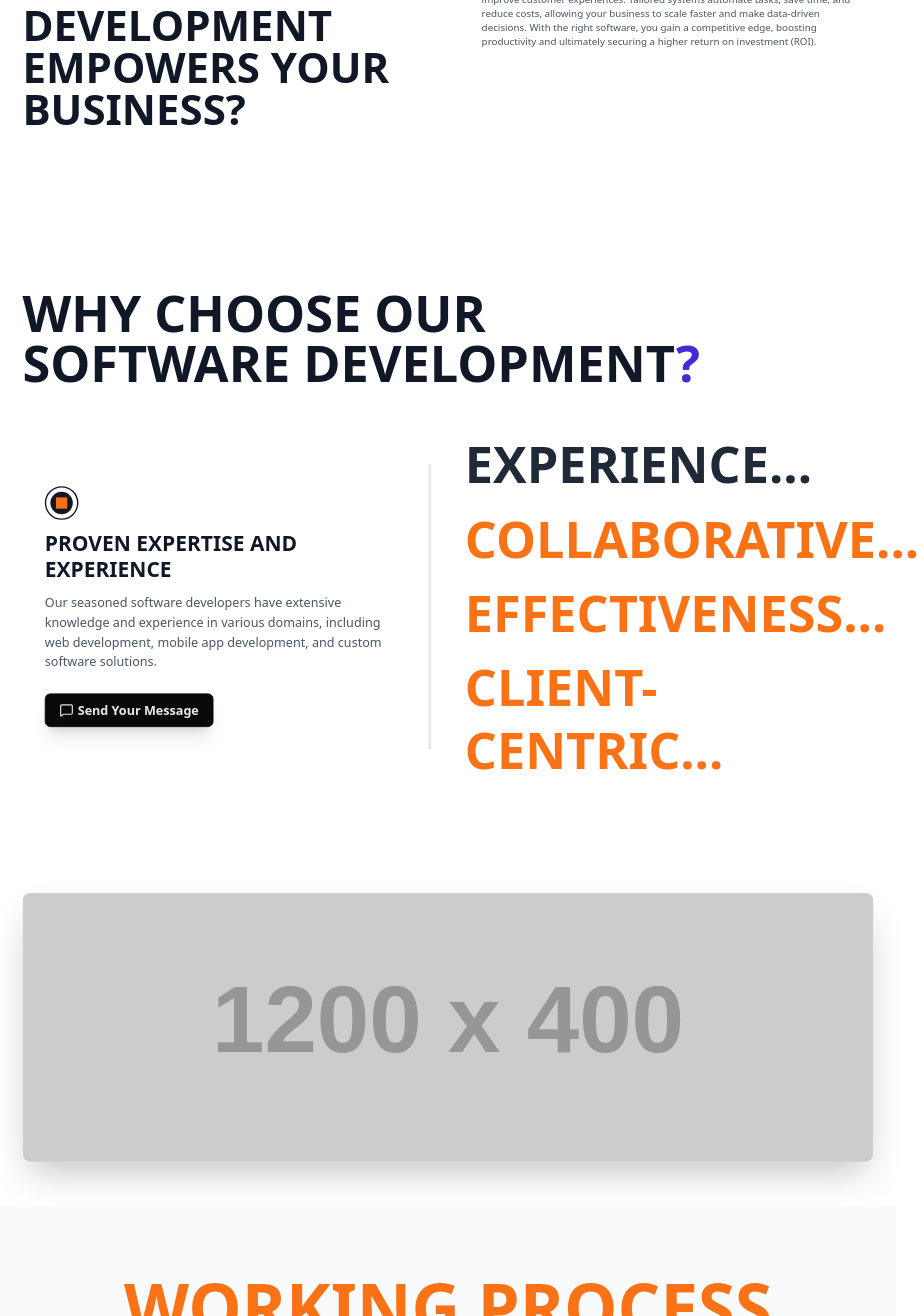
Repository: mdmuhibullahhabib/weboria
Page: /services
These files come from the project's save history. The page is drawn as it stood at one moment and after the next save; the edit follows.
The browser window is 1280 px wide. The page is 1313 px wide, so the pictures cover 1313 px, including what lies to the right of the window. The pictures show the part of the page from y = 2121 to 4001 px (the page is 7575 px tall before and 8834 px after), at 70% of full size.
The project was rebuilt for these pictures with package versions that can differ from the ones it lists, and the page was loaded fresh each time. The framework's server and built-in components were replaced by stand-ins that run in the browser. Also part of the build but not shown: next.config.mjs.

Above is the page before, as saved 2025-10-05 15:46:04.

### src/app/layout.js
import { Geist, Geist_Mono } from "next/font/google";
import "./globals.css";
import Navbar from "@/components/Navbar";
import Footer from "@/components/Footer";
import { Toaster } from "react-hot-toast";

const geistSans = Geist({
  variable: "--font-geist-sans",
  subsets: ["latin"],
});

const geistMono = Geist_Mono({
  variable: "--font-geist-mono",
  subsets: ["latin"],
});

export const metadata = {
  title: "Weboria",
  description: "Digital Marketing Agency",
  icons: "/favicon.ico",
};

export default function RootLayout({ children }) {
  return (
    <html lang="en">
      <body
        className={`${geistSans.variable} ${geistMono.variable} antialiased`}
      >

        <Navbar />
        <Toaster />
        {children}
        <Footer />
      </body>
    </html>
  );
}

### src/app/services/page.jsx
import React from 'react';
import { ChevronRight, Zap, CheckCircle, MessageSquare, Phone, Mail, MapPin, Search, ChevronDown } from 'lucide-react';

// Main App component which will serve as the service page
export default function Service() {

  // --- Mock Data ---
  const services = [
    'Custom Software Development',
    'Web Application Development',
    'Software Integration',
    'Cloud Software Development',
    'Legacy System Modernization',
    'Software Maintenance & Support',
    'Quality Assurance & Testing',
    'Consulting Services',
  ];

  const whyChooseKeywords = [
    { title: 'EXPERIENCE...', customColor: '#1f2937' }, // Dark gray/black
    { title: 'COLLABORATIVE...', customColor: '#f97316' }, // Orange/Amber
    { title: 'EFFECTIVENESS...', customColor: '#f97316' }, // Orange/Amber
    { title: 'CLIENT-CENTRIC...', customColor: '#f97316' }, // Orange/Amber
  ];

  const processSteps = [
    { number: '01', title: 'DISCOVERY & PLANNING', position: 'top-left' },
    { number: '02', title: 'DESIGN & ARCHITECTURE', position: 'mid-left' },
    { number: '03', title: 'DEPLOYMENT & TESTING', position: 'mid-right' },
    { number: '04', title: 'POST-DEPLOYMENT SUPPORT & MAINTENANCE', position: 'bottom-center' },
  ];

  const faqs = [
    {
      question: 'HOW MUCH DOES IT COST TO DEVELOP SOFTWARE?',
      answer: 'The cost of software development can vary depending on several factors, including the size and complexity of the project and the technologies used. We will provide you with a detailed quote after gathering your requirements and understanding your project needs.'
    },
    {
      question: 'HOW LONG DOES IT TAKE TO DEVELOP SOFTWARE?',
      answer: 'Project duration varies widely. A small application might take 4-8 weeks, while complex enterprise solutions can take 6 months or more. We establish clear timelines during the planning phase.'
    },
    {
      question: 'WHY SHOULD I CHOOSE CUSTOM SOFTWARE DEVELOPMENT OVER OFF-THE-SHELF SOLUTIONS?',
      answer: 'Custom software is tailored exactly to your unique business processes, providing a competitive edge, better integration, and greater scalability, unlike generic off-the-shelf products.'
    },
  ];

  // Utility component for the service list bullets
  const ServiceListItem = ({ text }) => (
    <div className="flex items-start mb-3">
      <CheckCircle className="w-5 h-5 mr-3 text-current mt-1 flex-shrink-0" />
      <p className="text-lg font-light">{text}</p>
    </div>
  );

  // --- Section Components ---

    const Hero = () => (
    <section
      className="relative bg-cover bg-center text-white py-32"
      style={{
        backgroundImage:
          "linear-gradient(rgba(0,0,0,0.6),rgba(0,0,0,0.6)),url('https://images.unsplash.com/photo-1519389950473-47ba0277781c?auto=format&fit=crop&w=1200&q=80')",
      }}
    >
      <div className="max-w-6xl mx-auto px-6 text-center">
        <h1 className="text-5xl md:text-7xl font-extrabold mb-6 leading-tight">
          Empowering Brands with <br /> Impactful Digital Services
        </h1>
        <p className="text-xl text-gray-200 max-w-3xl mx-auto">
          From strategy to execution, we deliver modern digital solutions that
          accelerate your business growth and brand impact.
        </p>
      </div>
    </section>
  );

const HeroSection = () => {
  // --- ServiceListItem Component ---
 const ServiceListItem = ({ text }) => (
  <div className="flex items-center mb-3 hover:translate-x-1 transition-transform duration-300">
    {/* + icon */}
    <span
      className="text-2xl font-bold mr-1 flex-shrink-0"
      style={{ color: '#f97316' }}
    >
      +
    </span>
    <p className="text-lg font-medium text-gray-700 mr-6">{text}</p>
  </div>
);


  return (
    <section className="relative pt-24 pb-16 md:pt-32 md:pb-24 bg-white overflow-hidden">
      <div className="max-w-7xl mx-auto px-4 sm:px-6 lg:px-8">
        <div className="grid md:grid-cols-2 gap-12 items-start">

          {/*  Large Title */}
          <div>
            <h1 className="text-6xl sm:text-7xl md:text-8xl lg:text-[10rem] font-extrabold leading-none tracking-tighter text-gray-900 mb-8">
              SOFTWARE
              <br />
              DEVELOPMENT
            </h1>
                    <div className="pt-2">
            <h2 className="text-2xl font-semibold text-gray-900 mb-6">
              Services
            </h2>

            {/* services */}
            <div className="grid lg:grid-cols-2 items-center">
              {services.map((service, index) => (
                <ServiceListItem key={index} text={service} />
              ))}
            </div>
          </div>
          </div>

        </div>
      </div>
    </section>
  );
};

  const StatsSection = () => (
    <div className="bg-white py-12 -mt-16 md:-mt-20 relative z-10">
      <div className="max-w-7xl mx-auto px-4 sm:px-6 lg:px-8">
        <div className="grid md:grid-cols-3 gap-8">
          {/* Card Style from Screenshot 113 */}
          {[
            { label: 'Years Experience', value: '12+' },
            { label: 'Completed Projects', value: '200+' },
            { label: 'Satisfied Clients', value: '130+' },
          ].map((stat, index) => (
            <div key={index} className="card bg-white p-6 shadow-xl border border-gray-100 rounded-xl hover:shadow-2xl transition duration-300">
              <div className="flex justify-between items-start mb-8">
                <h3 className="text-lg font-semibold text-gray-700">{stat.label}</h3>
                <ChevronRight className="w-5 h-5 text-gray-400 rotate-45" />
              </div>
              <p className="text-6xl md:text-7xl font-extrabold text-gray-900">{stat.value}</p>
            </div>
          ))}
        </div>
      </div>
    </div>
  );

  const ServiceListSection = () => (
    <div className="bg-white py-16 md:py-24">
      <div className="max-w-7xl mx-auto px-4 sm:px-6 lg:px-8">
        {/* Top Title Section (from Screenshot 105) */}
        <div className="mb-12">
          <h2 className="text-4xl md:text-5xl font-extrabold text-gray-800 mb-4">
            Best Software Development Service in Dhaka, Bangladesh
          </h2>
          <p className="text-lg text-gray-600 max-w-4xl">
            In today's digital landscape, powerful, scalable software is a must for business success. As a leading Software Development Company in Dhaka, Bangladesh, Visual I specializes in crafting custom software solutions that drive growth. From web applications to enterprise software and AI-driven solutions, our expert developers ensure seamless functionality, robust security, and innovative designs. We deliver high-performance, user-focused software that keeps your business ahead of the competition. Let us turn your vision into reality with cutting-edge technology tailored to your needs.
          </p>
        </div>

        <div className="grid md:grid-cols-2 gap-12 items-start">
          {/* Left Side: How Software Empowers (Matches image_cdef6a.png) */}
          <div>
            <h2 className="text-5xl md:text-6xl font-extrabold text-gray-900 mb-8">
              HOW SOFTWARE
              <br />
              DEVELOPMENT
              <br />
              EMPOWERS YOUR
              <br />
              BUSINESS?
            </h2>
          </div>

          {/* Right Side: Service List & Description (Combines content from Screenshot 103 and 105 text) */}
          <div className="p-6">
            <p className="text-sm text-gray-600 mb-8">
              Custom software solutions streamline operations, enhance efficiency, and improve customer experiences. Tailored systems automate tasks, save time, and reduce costs, allowing your business to scale faster and make data-driven decisions. With the right software, you gain a competitive edge, boosting productivity and ultimately securing a higher return on investment (ROI).
            </p>
            {/* The service list items are back here, as per the user's initial code block request */}
            {/* <div className="grid grid-cols-1 sm:grid-cols-2 gap-y-4 gap-x-8">
              {services.map((service, index) => (
                <ServiceListItem key={index} text={service} />
              ))}
            </div> */}
          </div>
        </div>

      </div>
    </div>
  );

  const WhyChooseUsSection = () => (
    <div className="py-24 bg-white">
      <div className="max-w-7xl mx-auto px-4 sm:px-6 lg:px-8">
        {/* Main Section Title (Screenshot 108) */}
        <h2 className="text-5xl md:text-7xl font-extrabold text-gray-900 mb-16 text-center md:text-left">
          WHY CHOOSE OUR
          <br />
          SOFTWARE DEVELOPMENT
          <span className="text-primary">?</span>
        </h2>

        <div className="grid md:grid-cols-2 gap-12 items-center">
          {/* Left Side: Content Card (Screenshot 109) */}
          <div className="p-8 border-r-4 border-gray-200">
            <div className="mb-8">
              {/* Icon/Shape Mimic from Screenshot 109 */}
              <div className="flex items-center space-x-2 mb-4">
                <div className="w-12 h-12 border-2 border-gray-900 rounded-full flex items-center justify-center">
                  <div className="w-8 h-8 bg-gray-900 rounded-full relative">
                    <div className="absolute top-1/2 left-1/2 -translate-x-1/2 -translate-y-1/2 w-4 h-4" style={{ backgroundColor: '#f97316' }} ></div>
                  </div>
                </div>
              </div>
              <h3 className="text-3xl font-bold text-gray-900 mb-4">
                PROVEN EXPERTISE AND
                <br />
                EXPERIENCE
              </h3>
              <p className="text-lg text-gray-600">
                Our seasoned software developers have extensive knowledge and experience in various domains, including web development, mobile app development, and custom software solutions.
              </p>
            </div>
            <button className="btn btn-neutral btn-lg rounded-lg shadow-xl">
              <MessageSquare className="w-5 h-5" />
              Send Your Message
            </button>
          </div>

          {/* Right Side: Experience List (Screenshot 109) - Highly stylized keywords */}
          <div className="space-y-4">
            {whyChooseKeywords.map((item, index) => (
                <h3
                    key={index}
                    className={`block text-5xl md:text-7xl font-extrabold leading-tight`}
                    style={{ color: item.customColor }}
                >
                    {item.title}
                </h3>
            ))}
          </div>
        </div>
      </div>
    </div>
  );

  const WorkingProcessSection = () => {
    // Component to render the step boxes
    const StepBox = ({ step }) => (
      <div className="flex items-center space-x-4 bg-white shadow-lg p-4 rounded-lg w-fit">
        <div className="text-2xl font-extrabold p-2 rounded" style={{ backgroundColor: '#1f2937', color: 'white' }}>
          {step.number}
        </div>
        <h4 className="text-xl font-semibold text-gray-800 tracking-wider">
          {step.title}
        </h4>
      </div>
    );

    return (
      <div className="bg-gray-50 py-24">
        <div className="max-w-7xl mx-auto px-4 sm:px-6 lg:px-8 text-center">
          {/* Title from Screenshot 110 */}
          <h2 className="text-6xl md:text-8xl font-extrabold mb-16" style={{ color: '#f97316' }}>
            WORKING PROCESS
          </h2>

          {/* Mimicking the Diagram Layout from Screenshot 111 using relative positioning and Tailwind for the lines */}
          <div className="relative h-[600px] md:h-[800px] flex items-center justify-center">

            {/* Background Lines (Dotted lines in the original image) */}
            {/* 1 -> 2 (Vertical line) */}
            <div className="absolute top-0 left-1/4 h-[50%] w-0 border-l-2 border-dashed border-gray-400 transform -translate-x-1/2 md:top-[10%] md:left-[25%] md:h-[30%]" style={{ top: '10%', left: '25%', height: '30%' }}></div>
            {/* 2 -> 3 (Horizontal line) */}
            <div className="absolute h-0 w-[50%] border-t-2 border-dashed border-gray-400 transform -translate-y-1/2" style={{ top: '40%', left: '25%', width: '50%' }}></div>
            {/* 3 -> 4 (Vertical line) */}
            <div className="absolute top-0 right-1/4 h-[50%] w-0 border-r-2 border-dashed border-gray-400 transform translate-x-1/2 md:top-[40%] md:right-[25%] md:h-[30%]" style={{ top: '40%', right: '25%', height: '30%' }}></div>

            {/* Step Boxes positioned absolutely to mimic the flow */}
            <div className="absolute" style={{ top: '5%', left: '25%', transform: 'translateX(-50%)' }}>
              <StepBox step={processSteps[0]} />
            </div>
            <div className="absolute" style={{ top: '35%', left: '5%', transform: 'translateX(0%)' }}>
              <StepBox step={processSteps[1]} />
            </div>
            <div className="absolute" style={{ top: '35%', right: '5%', transform: 'translateX(0%)' }}>
              <StepBox step={processSteps[2]} />
            </div>
            <div className="absolute" style={{ bottom: '5%', left: '50%', transform: 'translateX(-50%)' }}>
              <StepBox step={processSteps[3]} />
            </div>

          </div>
        </div>
      </div>
    );
  };

  const TeamImageSection = () => (
    <div className="bg-white py-16">
      <div className="max-w-7xl mx-auto px-4 sm:px-6 lg:px-8">
        {/* Placeholder for the team image (Screenshots 106 & 107) */}
        <div className="h-96 w-full rounded-xl overflow-hidden shadow-2xl">
          <img
            src="https://placehold.co/1200x400/1e293b/ffffff?text=Our+Software+Development+Team"
            alt="Team working on code"
            className="w-full h-full object-cover"
          />
        </div>
      </div>
    </div>
  );

  const AlliancePartnersSection = () => {
    const partners = [
      { name: 'AWS', icon: 'https://placehold.co/100x60/f2f2f2/000000?text=aws', style: 'text-2xl font-bold' },
      { name: 'Azure', icon: 'https://placehold.co/100x60/f2f2f2/000000?text=Azure', style: 'text-2xl font-bold' },
      { name: 'Pico Public Cloud', icon: 'https://placehold.co/100x60/f2f2f2/000000?text=Pico', style: 'text-xl font-bold' },
      { name: 'Google Partner', icon: 'https://placehold.co/100x60/f2f2f2/000000?text=Google', style: 'text-xl font-bold' },
      { name: 'ISO Certified', icon: 'https://placehold.co/100x60/f2f2f2/000000?text=ISO', style: 'text-xl font-bold' },
      { name: 'Stock Exchange', icon: 'https://placehold.co/100x60/f2f2f2/000000?text=Stock', style: 'text-xl font-bold' },
    ];

    return (
      <div className="bg-white py-24">
        <div className="max-w-7xl mx-auto px-4 sm:px-6 lg:px-8 text-center">
          {/* Title from Screenshot 112 */}
          <h2 className="text-5xl md:text-7xl font-extrabold mb-16">
            <span className="text-blue-700">ALLIANCES &</span>
            <span className="block text-5xl md:text-7xl font-extrabold" style={{ color: '#f97316' }}>PARTNERS</span>
          </h2>

          <div className="grid grid-cols-2 sm:grid-cols-3 lg:grid-cols-6 gap-6">
            {partners.map((partner, index) => (
              <div key={index} className="flex items-center justify-center p-6 bg-white border border-gray-200 rounded-xl shadow-lg hover:shadow-xl transition duration-300 h-32">
                <img src={partner.icon} alt={partner.name} className="max-h-full max-w-full" />
              </div>
            ))}
          </div>
        </div>
      </div>
    );
  };

  const FAQSection = () => (
    <div className="bg-gray-50 py-24">
      <div className="max-w-4xl mx-auto px-4 sm:px-6 lg:px-8">
        {/* Title from Screenshot 114 */}
        <h2 className="text-4xl md:text-6xl font-extrabold text-gray-800 mb-12 text-center">
          F.A.Q
        </h2>

        {faqs.map((item, index) => (
          <div key={index} className="collapse collapse-arrow bg-white shadow-md mb-4 rounded-xl">
            <input type="radio" name="my-accordion-2" defaultChecked={index === 0} />
            <div className="collapse-title text-xl font-semibold text-gray-800 p-4">
              {item.question}
            </div>
            <div className="collapse-content px-4 pb-4">
              <p className="text-gray-600">{item.answer}</p>
            </div>
          </div>
        ))}
      </div>
    </div>
  );

  const ContactSection = () => (
    <div className="bg-white py-24">
      <div className="max-w-7xl mx-auto px-4 sm:px-6 lg:px-8">
        <div className="grid md:grid-cols-2 gap-12">

          {/* Left Side: Contact Info (Screenshot 115) */}
          <div>
            <h2 className="text-5xl md:text-6xl font-extrabold text-gray-900 mb-6">
              DON'T HESITATE TO
              <br />
              REACH OUT TO US
            </h2>
            <p className="text-lg text-gray-600 mb-12 max-w-lg">
              We welcome the opportunity to connect with you! Feel free to contact us using the details provided or by filling out the contact form. As a leading advertising agency in Bangladesh, our dedicated team is here to provide expert assistance and answer any questions you may have.
            </p>

            <div className="space-y-8">
              {/* Call Us At */}
              <div className="flex items-start">
                <Phone className="w-8 h-8 text-gray-900 mr-4 mt-1 flex-shrink-0" />
                <div>
                  <h4 className="text-xl font-bold text-gray-900 mb-1">CALL US AT</h4>
                  <p className="text-lg text-gray-600">+88 0189-600-6896</p>
                </div>
              </div>

              {/* Email Us On */}
              <div className="flex items-start">
                <Mail className="w-8 h-8 text-gray-900 mr-4 mt-1 flex-shrink-0" />
                <div>
                  <h4 className="text-xl font-bold text-gray-900 mb-1">EMAIL US ON</h4>
                  <p className="text-lg text-gray-600">hello@visualiweb.com</p>
                </div>
              </div>

              {/* Find Us */}
              <div className="flex items-start">
                <MapPin className="w-8 h-8 text-gray-900 mr-4 mt-1 flex-shrink-0" />
                <div>
                  <h4 className="text-xl font-bold text-gray-900 mb-1">FIND US</h4>
                  <p className="text-lg text-gray-600">
                    House # 3, Road # 2/2, Banani,
                    <br />
                    Dhaka-1213, Bangladesh
                  </p>
                </div>
              </div>
            </div>
          </div>

          {/* Right Side: Contact Form (Screenshot 115) */}
          <div>
            <h2 className="text-5xl font-extrabold text-gray-900 mb-8">
              SEND US A MESSAGE
            </h2>
            <form className="space-y-4">
              <div className="grid grid-cols-1 sm:grid-cols-2 gap-4">
                <input type="text" placeholder="YOUR NAME" className="input input-lg input-bordered w-full rounded-lg text-gray-800 placeholder-gray-500" />
                <input type="email" placeholder="YOUR EMAIL" className="input input-lg input-bordered w-full rounded-lg text-gray-800 placeholder-gray-500" />
              </div>
              <input type="text" placeholder="YOUR SUBJECT" className="input input-lg input-bordered w-full rounded-lg text-gray-800 placeholder-gray-500" />
              <textarea placeholder="WRITE MESSAGE..." className="textarea textarea-lg textarea-bordered w-full h-40 rounded-lg text-gray-800 placeholder-gray-500 resize-none"></textarea>
              <button type="submit" className="btn btn-neutral btn-lg rounded-lg shadow-xl mt-4">
                <ChevronRight className="w-5 h-5" />
                Send a message
              </button>
            </form>
          </div>

        </div>
      </div>
    </div>
  );


  // --- Main Render ---
  return (
    <div className="min-h-screen bg-white font-sans">
      <main>
        {/* The first set of images defined the style and the core sections */}
        <Hero />
        <HeroSection />
        <StatsSection /> {/* NEW: Stats section (Screenshot 113) */}
        <ServiceListSection />
        <WhyChooseUsSection />
        <TeamImageSection />

        {/* The new sections from the latest screenshots */}
        <WorkingProcessSection /> {/* NEW: Working Process (Screenshots 110 & 111) */}
        <AlliancePartnersSection /> {/* NEW: Alliances & Partners (Screenshot 112) */}
        <FAQSection /> {/* NEW: F.A.Q. Section (Screenshot 114) */}
        <ContactSection /> {/* NEW: Contact Form (Screenshot 115) */}

        {/* Footer placeholder */}
        <footer className="footer footer-center p-8 bg-base-300 text-base-content">
          <aside>
            <p>Copyright © 2024 - All rights reserved by Visual I</p>
          </aside>
        </footer>
      </main>
    </div>
  );
}

Loaded but not shown: src/app/globals.css (common file); src/components/Navbar.jsx (193 lines, source omitted); src/components/Footer.jsx (159 lines, source omitted); src/components/Button.jsx (46 lines, source omitted)

After the next save:
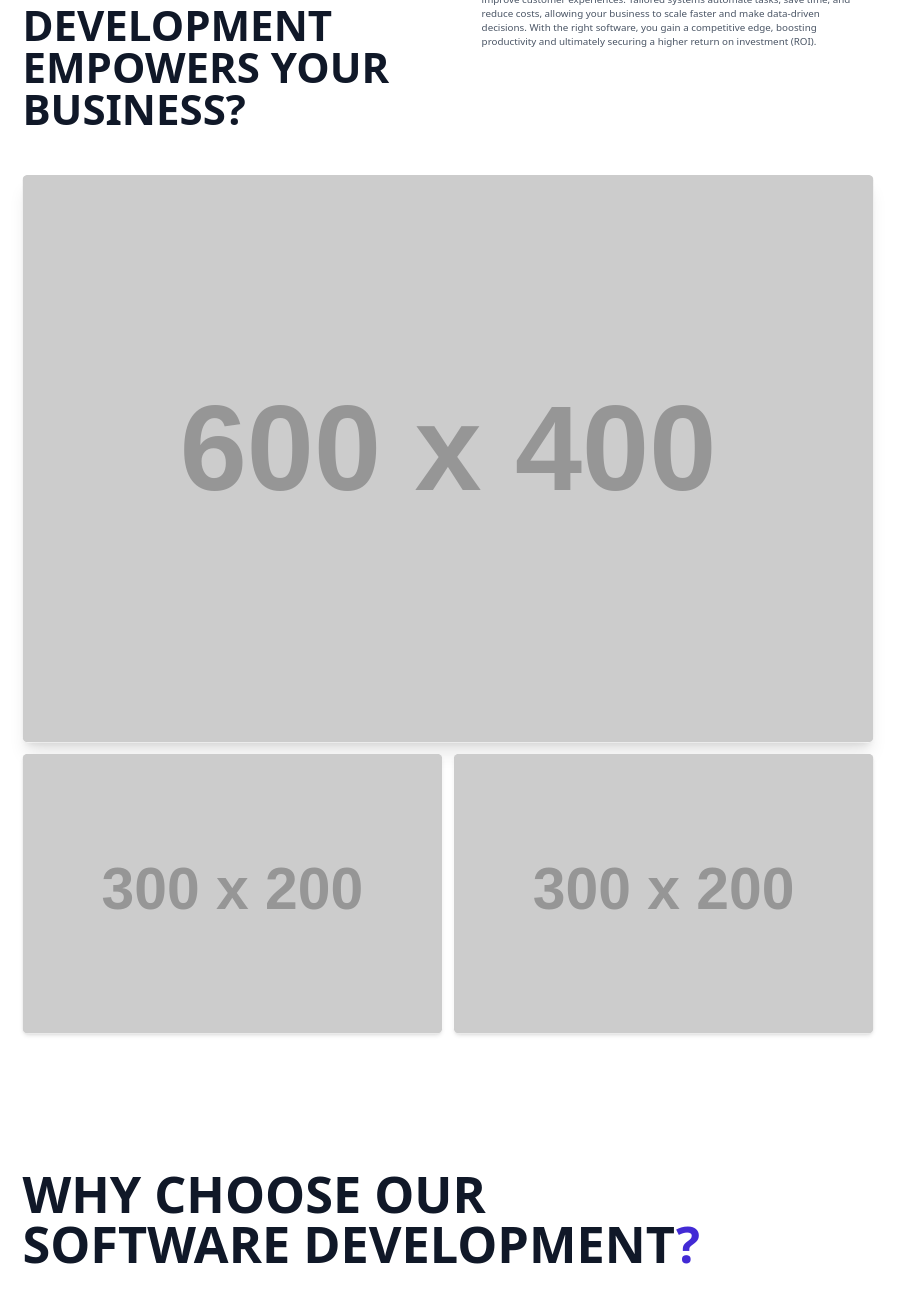
Saved 4 s later.
--- a/src/app/services/page.jsx
+++ b/src/app/services/page.jsx
@@ -187,6 +187,27 @@ const HeroSection = () => {
           </div>
         </div>
 
+                   {/* Image below the title, matching the visual placement in image_cdef6a.png */}
+            <div className="mt-8 space-y-4">
+                <img
+                    src="https://placehold.co/600x400/f2f2f2/1f2937?text=Collaborative+Development+Team"
+                    alt="Team working on code"
+                    className="w-full h-auto rounded-lg shadow-xl"
+                />
+                {/* Placeholder for the second image, if needed, mimicking the split view */}
+                 <div className="grid grid-cols-2 gap-4">
+                    <img
+                        src="https://placehold.co/300x200/f2f2f2/1f2937?text=Dedicated+Programmer"
+                        alt="Dedicated Programmer"
+                        className="w-full h-full object-cover rounded-lg shadow-md"
+                    />
+                    <img
+                        src="https://placehold.co/300x200/f2f2f2/1f2937?text=Dedicated+Programmer"
+                        alt="Dedicated Programmer"
+                        className="w-full h-full object-cover rounded-lg shadow-md"
+                    />
+                 </div>
+            </div>
       </div>
     </div>
   );
